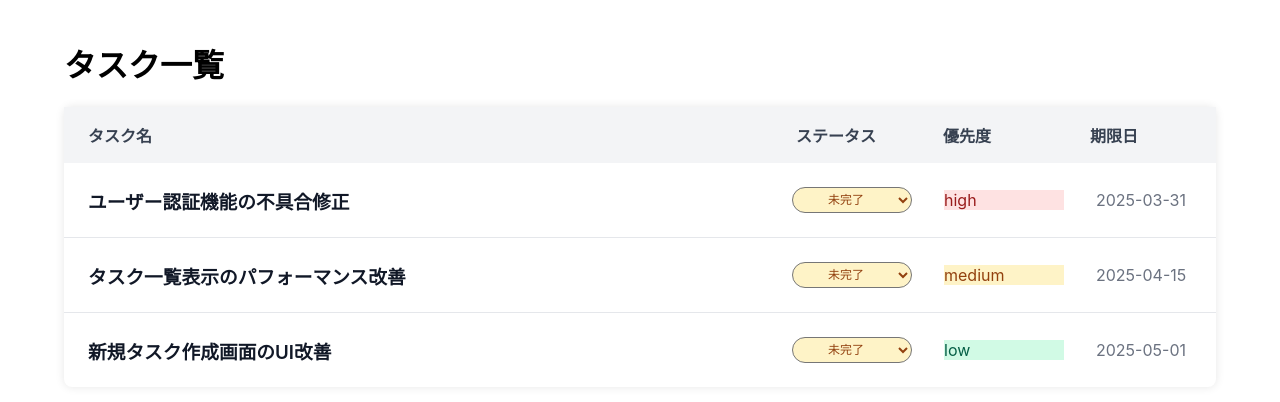
Repository: s1ros75/react-task-app
Page: /tasks
The author's editor kept a copy of each file at every save. The page is drawn from the files as they stood at one save, then again after the next save.
The browser window is 1280 px wide. The pictures show the whole page.
The project was rebuilt for these pictures with package versions that can differ from the ones it lists, and the page was loaded fresh each time. Also part of the build but not shown: vite.config.ts, src/features/tasks/hooks/getTaskById.ts, src/features/tasks/styles/taskDetail.module.css, src/features/tasks/components/TaskDetail.tsx, src/features/tasks/hooks/deleteTask.ts, src/features/tasks/components/TaskDeleteButton.tsx, src/features/tasks/containers/TaskDetailContainer.tsx, src/pages/tasks/taskDetailPage.tsx and 7 more.

Above is the page before, as saved 2026-01-17 23:40:19.

### src/main.tsx
import { StrictMode } from "react";
import { createRoot } from "react-dom/client";
import "./index.css";
import App from "./App.tsx";
import { BrowserRouter } from "react-router-dom";

const rootElement = document.getElementById("root");

createRoot(rootElement!).render(
  <StrictMode>
    <BrowserRouter>
      <App />
    </BrowserRouter>
  </StrictMode>
);

### src/index.css
:root {
  font-family: Inter, system-ui, Avenir, Helvetica, Arial, sans-serif;
}

body {
  margin: 0;
  padding: 0;
  font-family: var(--font-family);
}

### src/App.tsx
import { Route, Routes } from "react-router-dom";
import HomePage from "./pages/home";
import TaskListPage from "./pages/tasks/taskListPage";
import TaskDetailPage from "./pages/tasks/taskDetailPage";
import TaskCreatePage from "./pages/tasks/taskCreatePage";
import TaskEditPage from "./pages/tasks/taskEditPage";

function App() {
  return (
    <Routes>
      <Route path="/" element={<HomePage />} />
      <Route path="/tasks" element={<TaskListPage />} />
      <Route path="/tasks/:id" element={<TaskDetailPage />} /> {/* タスクの詳細ページのルーティングを追加 */}
      <Route path="/tasks/new" element={<TaskCreatePage />} /> {/* タスク作成ページへのルーティングを追加 */}
      <Route path="/tasks/:id/edit" element={<TaskEditPage />} />  {/* タスク編集ページのルーティング */}
    </Routes>
  );
}

export default App;

### src/pages/tasks/taskListPage.tsx
import TaskListContainer from "../../features/tasks/containers/TaskListContainer";

export default function TaskListPage() {
  return (
    <div>
      <TaskListContainer /> {/* タスク一覧コンポーネントを読み込む */}
    </div>
  );
}

### src/features/tasks/containers/TaskListContainer.tsx
import { useEffect, useState } from "react";
import { getTasks } from "../hooks/getTasks";
import type { Task } from "../../../types/task";
import TaskCard from "../components/TaskCard";
import styles from "../styles/TaskListContainer.module.css";
// import { Link } from "react-router-dom";
import { updateTask } from "../hooks/updateTask"; // updateTask関数をインポート

export default function TaskListContainer() {
  const [tasks, setTasks] = useState<Task[]>([]);

  // データを取得する関数を独立させる（更新後にも呼べるようにするため）
  const fetchTasks = async () => {
    const fetchedTasks = await getTasks();
    setTasks(fetchedTasks);
  };

  useEffect(() => {
    fetchTasks();
  }, []);

  const handleToggleStatus = async (taskId: Task["id"], newStatus: boolean) => {
    await updateTask(String(taskId), { status: newStatus });
    await fetchTasks(); // ここで関数として正しく呼び出す
  };

  // export default function TaskListContainer() {
  //   const [tasks, setTasks] = useState<Task[]>([]);

  //   // タスク一覧を取得する関数
  //   const fetchTasks = async () => {
  //     const fetchedTasks = await getTasks();
  //     setTasks(fetchedTasks);
  //   };

  //   useEffect(() => {
  //     fetchTasks();
  //   }, []);

  //   // セレクトボックスで変更されたステータスを更新する処理
  //   const handleToggleStatus = async (taskId: Task['id'], newStatus: boolean) => {
  //     await updateTask(String(taskId), { status: newStatus });
  //     fetchTasks();
  //   };

  return (
    <div className={styles.container}>
      <h1>タスク一覧</h1>
      <div className={styles.tableContainer}>
        <div className={styles.header}>
          <div>タスク名</div>
          <div>ステータス</div>
          <div>優先度</div> {/* ← この列に対応するデータが */}
          <div>期限日</div> {/* ← TaskCard 内にあるか確認が必要 */}
        </div>
        <div className={styles.taskList}>
          {tasks.map((task) => (
            <TaskCard
              key={task.id}
              task={task}
              onToggleStatus={handleToggleStatus} // 更新用関数を渡す必要がある場合
            />
          ))}
        </div>
      </div>
    </div>
  );
}

### src/features/tasks/hooks/getTasks.ts
import type { Task } from "../../../types/task";
import { mockTasks } from "../mocks/task";

export const getTasks = (): Promise<Task[]> => {
  return new Promise((resolve) => {
    setTimeout(() => resolve([...mockTasks]));
  });
};

### src/features/tasks/components/TaskCard.tsx
import { Link } from "react-router-dom";
import styles from "../styles/taskCard.module.css";
import { getPriorityClass } from "../utils/priority"; // getPriorityClass関数をimport
import { getStatusLabel } from "../utils/status-label"; // getStatusLabel関数をimport
import type { Task } from "../../../types/task";

export default function TaskCard({ task, onToggleStatus }: Props) {

  const handleStatusChange = (e: React.ChangeEvent<HTMLSelectElement>) => {
    const newStatus = e.target.value === "true";
    if (onToggleStatus) {
      onToggleStatus(task.id, newStatus);
    }
  };

  return (
    <div className={styles.taskCard}>
      {/* 1. タイトル */}
      <Link to={`/tasks/${task.id}`} className={styles.detailLink}>
        <h3 className={styles.taskTitle}>{task.title}</h3>
      </Link>

      {/* 2. ステータス */}
      <select
        value={task.status ? "true" : "false"}
        onChange={handleStatusChange}
        className={`${styles.badge} ${task.status ? styles.completed : styles.incomplete}`}
      >
        <option value="false">{getStatusLabel(false)}</option>
        <option value="true">{getStatusLabel(true)}</option>
      </select>

      {/* --- ここから追加 --- */}

      {/* 3. 優先度 */}
      <div className={`${styles.priority} ${getPriorityClass(task.priority, styles)}`}>
        {task.priority}
      </div>

      {/* 4. 期限日 */}
      <div className={styles.dueDate}>
        {task.dueDate}
      </div>

      {/* --- ここまで追加 --- */}
    </div>
  );
}

// type Props = {
//   task: Task;
//   onToggleStatus: (taskId: Task['id'], newStatus: boolean) => void;
// };

// export default function TaskCard({ task, onToggleStatus }: Props) {  // onToggleStatusをpropsで受け取る

//   // ステータス変更時のハンドラー
//   const handleStatusChange = (e: React.ChangeEvent<HTMLSelectElement>) => {
//     const newStatus = e.target.value === "true";
//     if (onToggleStatus) {
//       onToggleStatus(task.id, newStatus);
//     }
//   };

//   return (
//     <div className={styles.taskCard}>
//       <Link to={`/tasks/${task.id}`} className={styles.detailLink}>
//         <h3 className={styles.taskTitle}>{task.title}</h3>
//       </Link>
//       {/* ステータスをセレクトボックスに変更 */}
//       <select
//         value={task.status ? "true" : "false"}
//         onChange={handleStatusChange}
//         className={`${styles.badge} ${task.status ? styles.completed : styles.incomplete}`}
//       >
//         <option value="false">{getStatusLabel(false)}</option>  {/* 未完了の場合のラベル */}
//         <option value="true">{getStatusLabel(true)}</option>    {/* 完了の場合のラベル */}
//       </select>
//     </div>
//   );
// }

### src/features/tasks/styles/TaskListContainer.module.css
.container {
  width: 90%;
  max-width: 1400px;
  margin: 40px auto;
}

.tableContainer {
  margin: 0 auto;
  background-color: white;
  border-radius: 0.5rem;
  box-shadow: 0 0 10px rgba(0, 0, 0, 0.1);
}

.header {
  display: grid;
  grid-template-columns: 1fr 115px 115px 110px;
  column-gap: 2rem;
  align-items: center;
  padding: 1rem 1rem 1rem 1.5rem;
  background-color: #f3f4f6;
  font-weight: 600;
  color: #374151;
}

.taskList {
  display: flex;
  flex-direction: column;
}

.taskList > *:not(:last-child) {
  border-bottom: 1px solid #e5e7eb;
}

.taskListHeader {
  text-align: right;
  margin-bottom: 1rem;
}

.newTaskLink {
  display: inline-block;
  background-color: #0070f3;
  color: white;
  padding: 0.5rem 1rem;
  border-radius: 5px;
  text-decoration: none;
  font-size: 1rem;
  transition: background-color 0.3s ease;
}

.newTaskLink:hover {
  background-color: #0051bb;
}

### src/features/tasks/hooks/updateTask.ts
import type { Task, TaskFormData } from "../../../types/task";
import { mockTasks } from "../mocks/task";

export const updateTask = (id: string, taskData: TaskFormData): Promise<Task | null> => {
  return new Promise((resolve) => {
    setTimeout(() => {
      const index = mockTasks.findIndex((task) => task.id === Number.parseInt(id));
      if (index !== -1) {
        mockTasks[index] = {
          ...mockTasks[index],
          ...taskData,
          updatedAt: new Date().toISOString(),
        };
        resolve(mockTasks[index]);
      } else {
        resolve(null);
      }
    }, 500);
  });
};

### src/features/tasks/mocks/task.ts
import type { Task } from "../../../types/task";

export const mockTasks: Task[] = [
  {
    id: 1,
    title: "ユーザー認証機能の不具合修正",
    description: "ユーザーがログイン時に、不正なトークンエラーが発生する問題を修正します。",
    status: false,
    priority: "high",
    dueDate: "2025-03-31",
    createdAt: "2025-02-17T10:00:00Z",
    updatedAt: "2025-02-17T10:00:00Z",
  },
  {
    id: 2,
    title: "タスク一覧表示のパフォーマンス改善",
    description:
      "タスク一覧ページで、タスクが大量にある場合の表示遅延を改善します。不要な再レンダリングを防ぐため、コンポーネントの最適化を実施してください。",
    status: false,
    priority: "medium",
    dueDate: "2025-04-15",
    createdAt: "2025-02-17T10:00:00Z",
    updatedAt: "2025-02-17T10:00:00Z",
  },
  {
    id: 3,
    title: "新規タスク作成画面のUI改善",
    description:
      "新規タスク作成画面の入力フォームのユーザビリティ向上を図ります。エラーメッセージの明示化や、入力フィールドのデザインを改善してください。",
    status: false,
    priority: "low",
    dueDate: "2025-05-01",
    createdAt: "2025-02-17T10:00:00Z",
    updatedAt: "2025-02-17T10:00:00Z",
  },
];

### src/features/tasks/styles/taskCard.module.css
.taskCard {
  display: grid;
  grid-template-columns: 1fr 120px 120px 120px;
  column-gap: 2rem;
  align-items: center;
  transition: background-color 0.2s ease;
}

.taskCard:hover {
  background-color: #f9fafb;
}

.detailLink {
  height: 100%;
  display: flex;
  align-items: center;
  text-decoration: none;
  padding-left: 1.5rem;
  transition: color 0.2s ease;
}

.detailLink:hover .taskTitle {
  color:rgb(56, 92, 202);
}

.taskTitle {
  font-weight: 600;
  color: #111827;
  margin: 0;
}

.badge {
  display: inline-block;
  padding: 0.25rem 0.5rem;
  margin: 1.5rem 0;
  border-radius: 9999px;
  font-size: 0.75rem;
  font-weight: 500;
  text-align: center;
  cursor: pointer;
}

.completed {
  background-color: #d1fae5;
  color: #065f46;
}

.incomplete {
  background-color: #fef3c7;
  color: #92400e;
}

.highPriority {
  background-color: #fee2e2;
  color: #991b1b;
}

.mediumPriority {
  background-color: #fef3c7;
  color: #92400e;
}

.lowPriority {
  background-color: #d1fae5;
  color: #065f46;
}

.defaultPriority {
  background-color: #e5e7eb;
  color: #374151;
}

.dueDate {
  color: #6b7280;
}

### src/features/tasks/utils/priority.ts
import type { Priority } from "../../../types/task";

// 優先度に応じたスタイルクラスを返す関数
export const getPriorityClass = (
  priority: Priority, // 優先度（high | medium | low）などの文字列（Priority型）
  styles: Record<string, string> // スタイルモジュール（key-value形式のオブジェクト）
): string => {
  switch (priority.toLowerCase()) {
    case "high":
      return styles.highPriority;
    case "medium":
      return styles.mediumPriority;
    case "low":
      return styles.lowPriority;
    default:
      return styles.defaultPriority;
  }
};

### src/features/tasks/utils/status-label.ts
// ステータス（true/false）に応じて表示ラベルを返す
export const getStatusLabel = (status: boolean): string => {
  return status ? "完了" : "未完了";
};

### src/pages/home/index.tsx
import { Link } from "react-router-dom";
import styles from "../../styles/home.module.css";

export default function HomePage() {
  return (
    <div className={styles.container}>
      <h1 className={styles.title}>タスク管理アプリ</h1>
      <p className={styles.description}>React×Vite×React Routerで作るタスク管理アプリです。</p>
      <Link to="/tasks" className={styles.link}>
        タスク一覧へ
      </Link>
    </div>
  );
}

### src/styles/home.module.css
.container {
  max-width: 800px;
  margin: 0 auto;
  padding: 2rem;
  text-align: center;
  font-family: Arial, sans-serif;
}

.title {
  font-size: 2.5rem;
  color: #333;
  margin-bottom: 1.5rem;
}

.description {
  font-size: 1.2rem;
  color: #666;
  margin-bottom: 2rem;
}

.link {
  display: inline-block;
  background-color: #0070f3;
  color: white;
  padding: 0.8rem 1.5rem;
  border-radius: 5px;
  text-decoration: none;
  font-size: 1rem;
  transition: background-color 0.3s ease;
}

.link:hover {
  background-color: #0051bb;
}

Loaded but not shown: index.html (common file)

After the next save:
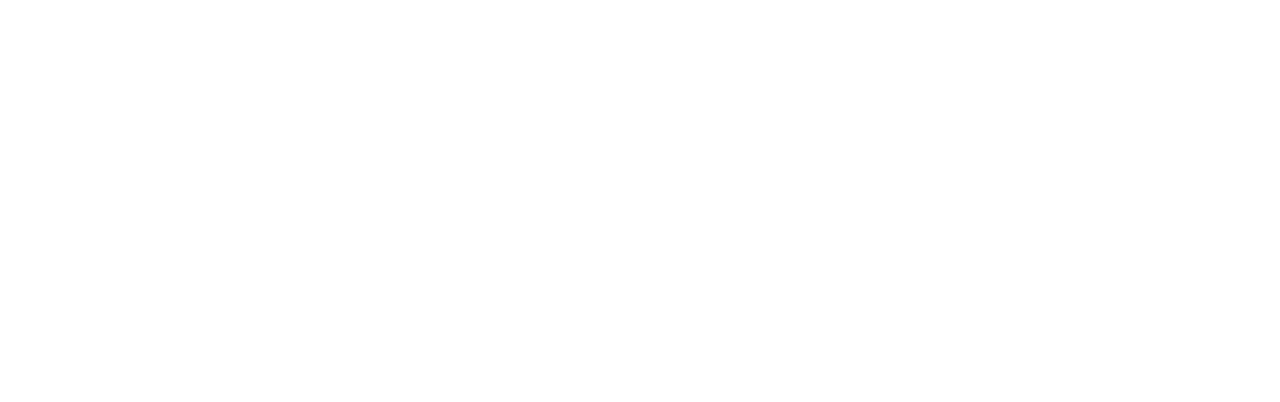
Console error: ReferenceError: x is not defined
Saved 47 s later.
--- a/src/features/tasks/components/TaskCard.tsx
+++ b/src/features/tasks/components/TaskCard.tsx
@@ -2,7 +2,7 @@
 import styles from "../styles/taskCard.module.css";
 import { getPriorityClass } from "../utils/priority"; // getPriorityClass関数をimport
 import { getStatusLabel } from "../utils/status-label"; // getStatusLabel関数をimport
-import type { Task } from "../../../types/task";
+import type { Task } from "../../../types/task";x
 
 export default function TaskCard({ task, onToggleStatus }: Props) {
 

After the save that followed:
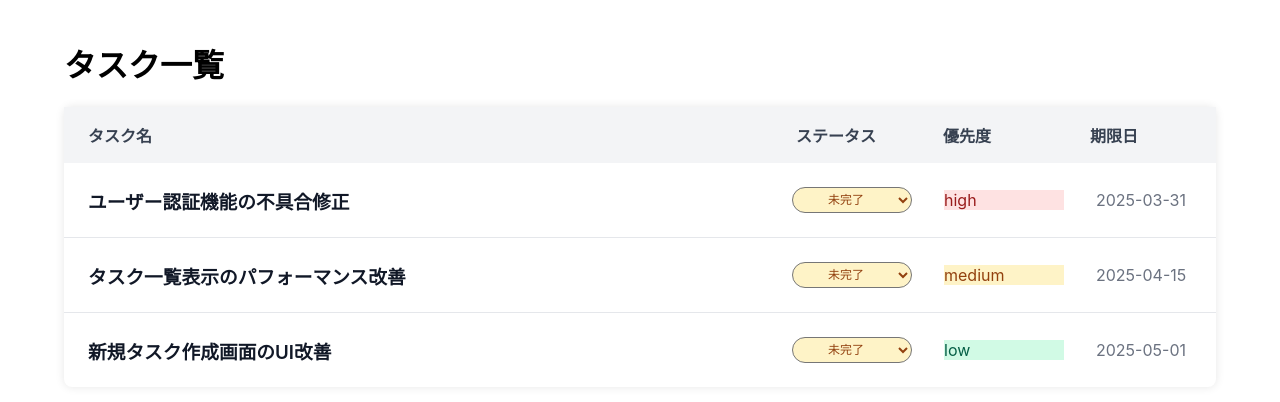
The error is gone.
Saved 2 min 56 s later.
--- a/src/features/tasks/components/TaskCard.tsx
+++ b/src/features/tasks/components/TaskCard.tsx
@@ -2,7 +2,7 @@
 import styles from "../styles/taskCard.module.css";
 import { getPriorityClass } from "../utils/priority"; // getPriorityClass関数をimport
 import { getStatusLabel } from "../utils/status-label"; // getStatusLabel関数をimport
-import type { Task } from "../../../types/task";x
+import type { Task } from "../../../types/task";
 
 export default function TaskCard({ task, onToggleStatus }: Props) {
 
